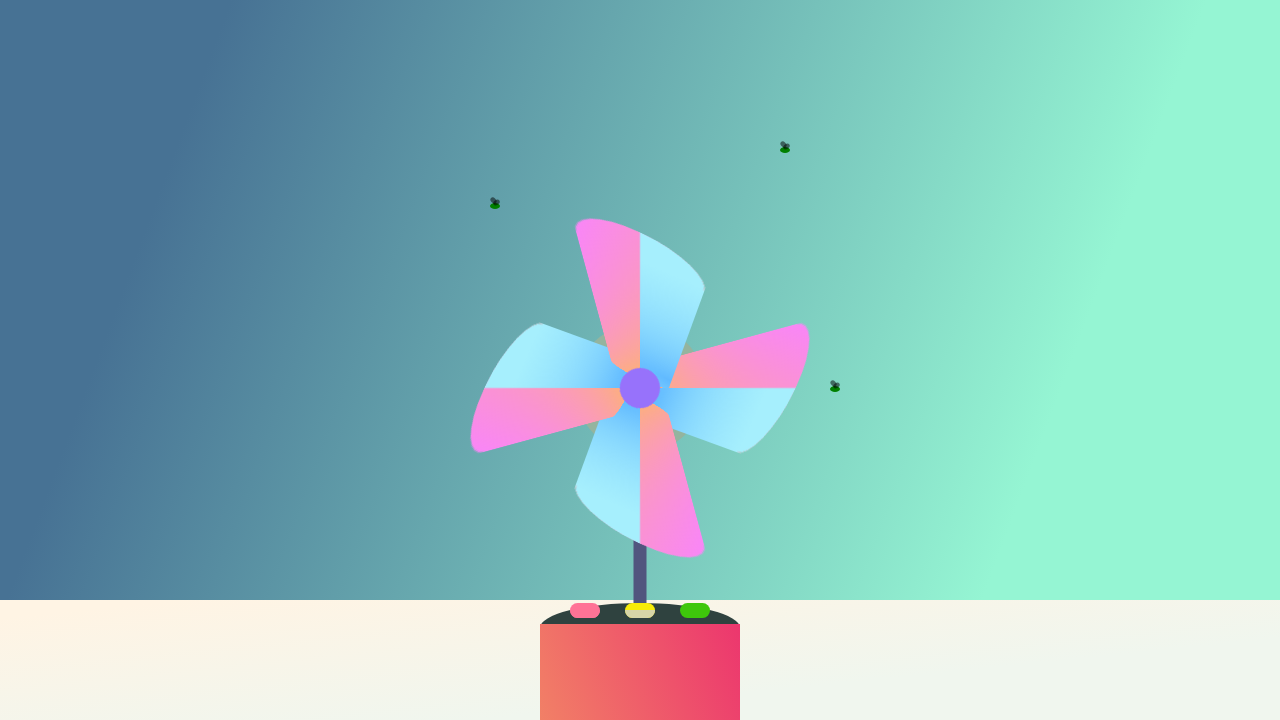
Repository: VuTuanAnh0949/CodeFan
Page: index.html
An editor plug-in stored every save of this project. The page is shown before and after the next save, followed by the edit.
The browser window is 1280 px wide. The pictures show the whole page.

Above is the page before, as saved 2022-06-22 12:15:05.

### index.html
<!DOCTYPE html>
<html lang="en">
<head>
    <meta charset="UTF-8">
    <meta http-equiv="X-UA-Compatible" content="IE=edge">
    <meta name="viewport" content="width=device-width, initial-scale=1.0">
    <title>Document</title>
    <link rel="stylesheet" href="style.css">
</head>
<body>
    <div class="windows">
        <div class="window"></div>

    </div>
    <div class="fan">
        <div class="fan__root"> <span class="top"> <label class="green" for="engine"></label> <label class="yellow"
                    for="engine2"></label> <label class="pink" for="jack"></label> </span> <span class="bottom"></span>
        </div>
        <div class="fan__staddle"></div> <input type="checkbox" id="jack" hidden />
        <div class="head">
            <div class="fan__engine"> <span class="center"></span> </div> <input type="checkbox" id="engine" hidden
                checked />
            <div> <span class="fly"></span> <span class="fly"></span> <span class="fly"></span>
                <div class="fan__blades"> <input type="checkbox" id="engine2" hidden checked />
                    <div class="fan__blades">
                        <div class="center"></div>
                        <div class="blade"><span></span></div>
                        <div class="blade"><span></span></div>
                        <div class="blade"><span></span></div>
                        <div class="blade"><span></span></div>
                    </div>
                </div>
            </div>
        </div>
    </div>

</body>
</html>

### style.css
html {
    overflow: hidden;
}

body {
    overflow: hidden;
    margin: 0;
    padding: 0;
    background-image: linear-gradient( 110.5deg,  rgba(71,114,148,1) 14.9%, rgba(149,245,211,1) 77.9% );
    display: flex;
    justify-content: center;
    align-items: center;
    width: 100vw;
    height: 100vh;
    position: relative;
}

body::after {
    position: absolute;
    width: 100%;
    content: "";
    height: calc(100% - 600px);
    z-index: 0;
    background-image: linear-gradient( 174.2deg,  rgba(255,244,228,1) 7.1%, rgba(240,246,238,1) 67.4% );
    bottom: 0;
}

@keyframes spin {
    from {
        transform: rotate(0deg);
    }

    to {
        transform: rotate(360deg);
    }
}

@keyframes off {
    to {
        transform: rotate(380deg);
    }
}

@keyframes off2 {
    to {
        transform: rotate(880deg);
    }
}

@keyframes fly {
    to {
        margin-top: 50px;
    }
}

span {
    display: block;
}

.windows {
    width: 100vw;
    height: 100vh;
    position: absolute;
    z-index: 0;
    top: 0;
    left: 0;
    display: flex;
    align-content: flex-start;
}


.fly {
    transition: 0.5s all cubic-bezier(0.04, 0.06, 0, 1.18), 1s transform;
    width: 10px;
    height: 6px;
    background: green;
    border-radius: 50%;
    position: absolute;
    animation: fly 5s alternate infinite ease-in-out;
}

.fly:nth-of-type(1) {
    top: -78px;
    left: -200px;
}

.fly:nth-of-type(2) {
    transform: translateY(-10px);
    animation-delay: 4s;
    top: 5px;
    right: -250px;
}

.fly:nth-of-type(3) {
    transform: translateY(0px);
    top: 400px;
    animation-delay: 2s;
    right: -400px;
}

.fly::after,
.fly::before {
    content: "";
    position: absolute;
    width: 7px;
    height: 5px;
    background-color: rgba(0, 0, 0, 0.5);
    display: block;
    border-radius: 50%;
}

.fly::before {
    bottom: 4px;
    transform: rotate(325deg);
    left: 3px;
}

.fly::after {
    transform: rotate(45deg);
    bottom: 6px;
}

.fan {
    width: 500px;
    height: 500px;
    position: relative;
    z-index: 1;
    margin-top: 75px;
    perspective: 500px;
}

.fan::after {
    content: "";
    display: block;
    position: absolute;
    height: 500px;
    width: 200px;
    background-image: linear-gradient( 68.3deg,  rgba(245,177,97,1) 0.4%, rgba(236,54,110,1) 100.2% );
    top: calc(100% - 24px);
    left: calc(50% - 100px);

}

.fan__root {
    width: 200px;
    position: absolute;
    bottom: 0;
    left: 50%;
    transform: translateX(-50%);
}

.fan__root .top {
    overflow: hidden;
    width: 200px;
    height: 25px;
    position: relative;
}

.fan__root .top::after {
    content: "";
    display: block;
    width: 200px;
    height: 50px;
    background: #2f423f;
    border-radius: 50%;
}

.fan__root .top .green {
    position: absolute;
    width: 30px;
    height: 15px;
    border-radius: 15px;
    display: block;
    right: 30px;
    background: #3EC70B;
    cursor: pointer;
    overflow: hidden;
}

.fan__root .top .yellow {
    position: absolute;
    width: 30px;
    height: 15px;
    border-radius: 15px;
    display: block;
    right: 85px;
    background: #F7EC09;
    cursor: pointer;
    overflow: hidden;
}

.fan__root .top .yellow::after {
    content: "";
    display: block;
    width: 100%;
    height: 50%;
    position: absolute;
    bottom: 0;
    background: #F7EC09;
}

.fan__root .top .yellow::after {
    content: "";
    display: block;
    width: 100%;
    height: 50%;
    position: #F7EC09;
    bottom: 0;
    background: #D6D5A8;
}

.fan__root .top .pink {
    position: absolute;
    cursor: pointer;
    width: 30px;
    height: 15px;
    border-radius: 15px;
    display: block;
    left: 30px;
    background: #FF7396;
    overflow: hidden;
}

.fan__root .top .pink::after {
    content: "";
    display: block;
    width: 100%;
    height: 50%;
    position: absolute;
    bottom: 0;
    background: #FF7396;
}

.fan__root .bottom {
    overflow: hidden;
    width: 500px;
    height: 20px;
}

.fan__root .bottom::after {
    content: "";
    display: block;
    width: 200px;
    height: 40px;
    background: #2f423f;
    border-radius: 18%;
    transform: translateY(-30px);
}

.fan__staddle {
    position: absolute;
    bottom: 45px;
    background: #51557E;
    height: 270px;
    width: 13px;
    left: 50%;
    transform: translateX(-50%);
}

.fan__engine {
    position: absolute;
    bottom: 0px;
    width: 130px;
    height: 130px;
    background: #94B49F;
    border-radius: 50%;
    left: 50%;
    transform: translateX(-50%);
}

.fan__engine::after {
    content: "";
    background: red;
    display: block;
    width: 25px;
    height: 50px;
    position: absolute;
    top: 105px;
    left: 50%;
    transform: translateX(-50%);
    border-radius: 0 0 5px 5px;
}

.fan__blades {
    width: 230px;
    height: 230px;
    position: absolute;
    bottom: -50px;
    transition: 2s;
    transform-origin: center center;
    left: calc(50% - 115px);
    z-index: 1;
    animation: spin infinite 0.38s linear forwards;
}

.fan__blades .fan__blades {
    bottom: 0;
    animation: spin infinite 0.5s linear forwards;
}

.fan__blades .blade {
    position: absolute;
    width: 80px;
    height: 100%;
    left: 50%;
    transform: translateX(-50%) skewY(25deg);
    perspective: 500px;
    transform-style: preserve-3d;
}

.fan__blades .blade:nth-child(2) {
    transform: translateX(-50%) rotate(90deg) skewY(25deg);
}

.fan__blades .blade:nth-child(3) {
    transform: translateX(-50%) rotate(180deg) skewY(25deg);
}

.fan__blades .blade:nth-child(4) {
    transform: translateX(-50%) rotate(270deg) skewY(25deg);
}

.fan__blades .blade span {
    width: 100%;
    height: 200%;
    border-radius: 44px;
    background-image: linear-gradient( 102.4deg,  rgba(253,189,85,1) 7.8%, rgba(249,131,255,1) 100.3% );;
    position: absolute;
    top: -66px;
    display: block;
    transform-style: preserve-3d;
    transform: rotateX(81deg);
    overflow: hidden;
}

.fan__blades .blade span::after {
    width: 50%;
    height: 100%;
    content: "";
    display: block;
    background-image: radial-gradient( circle farthest-corner at 10% 20%,  rgba(97,186,255,1) 0%, rgba(166,239,253,1) 90.1% );
    transform: rotate(0deg);
}

.fan__blades .center {
    position: absolute;
    overflow: hidden;
    width: 40px;
    height: 40px;
    border-radius: 50%;
    left: 50%;
    top: 50%;
    transform: translate(-50%, -50%) rotate(45deg);
    background: #9772FB;
    z-index: 2;
}

.fan__blades .center::after {
    display: block;
    content: "";
    width: 40px;
    height: 20px;
    background: #9772FB;
}

.head {
    transition: 1s transform;
    height: auto;
    width: auto;
    position: absolute;
    width: 300px;
    height: 300px;
    bottom: 195px;
    left: calc(50% - 150px);
    /* transform: translateX(-50%); */
}

#engine:checked+div>div {
    animation: off2 1s ease-out forwards;
}

#engine:checked+div>span:nth-child(1) {
    transition: 5s all ease-in-out, 1s transform;
    left: 0px;
    top: 0px;
}

#engine:checked+div>span:nth-child(2) {
    transition: 5s all ease-in-out, 1s transform;
    right: 0px;
    top: 0px;
}

#engine:checked+div>span:nth-child(3) {
    transition: 7s all ease-in-out, 1s transform;
    right: -50px;
    top: 200px;
}

#engine2:checked+div {
    animation: off 1s ease-out forwards;
}

#jack:checked+div {
    transform: translateY(-115px);
}

#jack:checked+div>div:nth-child(3)>span {
    transform: translateY(115px);
}

After the next save:
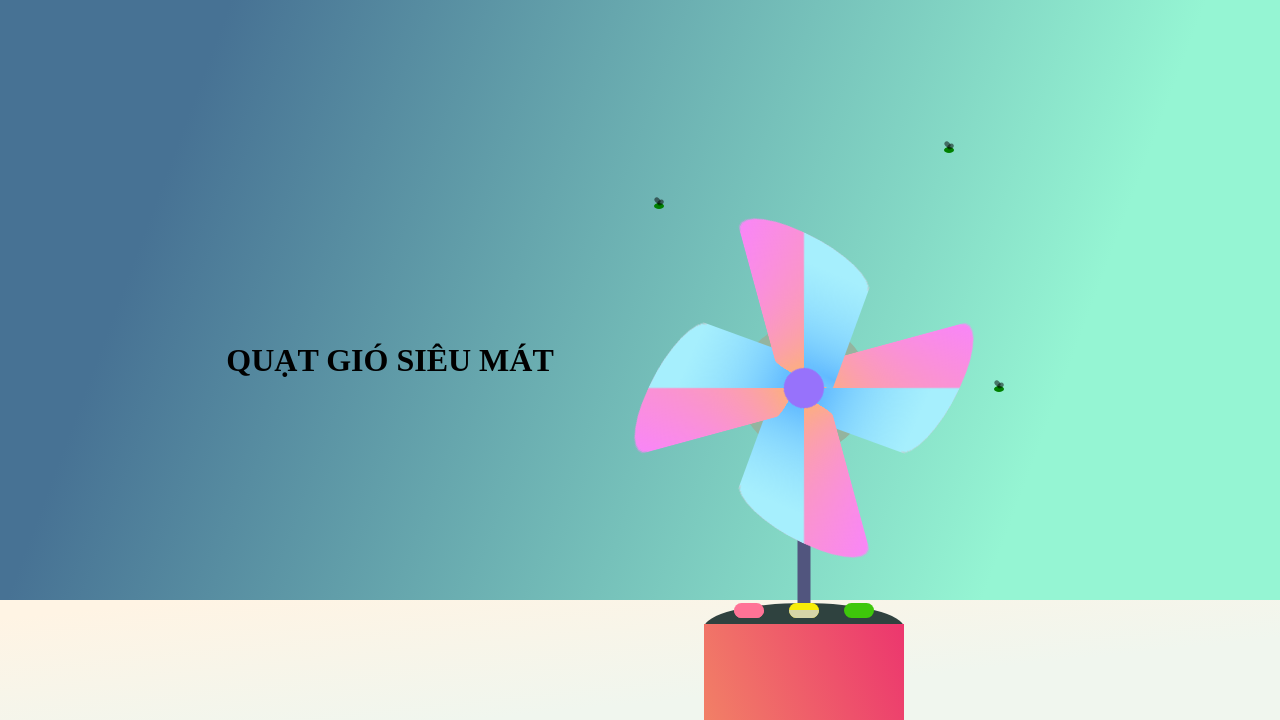
Saved 5 min 50 s later.
--- a/index.html
+++ b/index.html
@@ -8,6 +8,7 @@
     <link rel="stylesheet" href="style.css">
 </head>
 <body>
+    <h1>QUẠT GIÓ SIÊU MÁT</h1>
     <div class="windows">
         <div class="window"></div>
 
